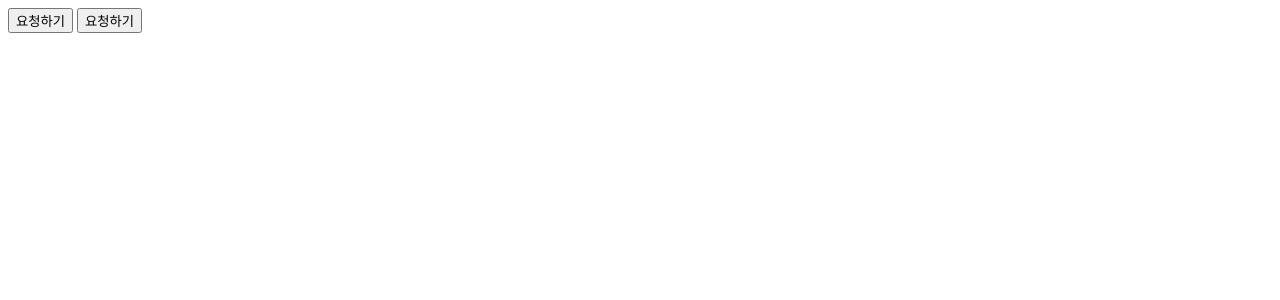
Repository: KYJIN1024/kic_jquery
Page: http://localhost/AjaxEx01/ajax05.jsp
These files come from the project's save history. The page is drawn as it stood at one moment and after the next save; the edit follows.
The browser window is 1280 px wide. The pictures show the whole page.
The page is served by Tomcat 9.

Above is the page before, as saved 2023-05-12 03:43:55.

### AjaxEx01/src/main/webapp/ajax05.jsp
<%@ page language="java" contentType="text/html; charset=UTF-8"
    pageEncoding="UTF-8"%>
<!DOCTYPE html>
<html>
<head>
<meta charset="UTF-8">
<title>Insert title here</title>
<script>
	window.onload = function() {
		document.getElementById( 'btn1' ).onclick = function() {
			//alert( '버튼 클릭' );


			const request = new XMLHttpRequest();
			request.open( 'get', 'csv1.jsp', true );
			request.send();

			console.log( request.responseText );


		};

		document.getElementById( 'btn2' ).onclick = function() {
			//alert( '버튼 클릭' );

			console.log( "1" );
			request.onreadystatechange = function() {
				console.log( request.readyState );
				if( request.readyState == 4 ) {
					if( request.status == 200 ){
						console.log("2");
						console.log( request.responseText );
					} else {
						alert( "페이지 오류 " );
					}
				}
			};
			request.open( 'get', 'csv1.jsp', true );
			request.send();

			console.log("3")
			//console.log( request.responseText );


		};
	};
</script>
</head>
<body>

<button id="btn1" >요청하기</button>
<button id="btn2" >요청하기</button>

</body>
</html>

After the next save:
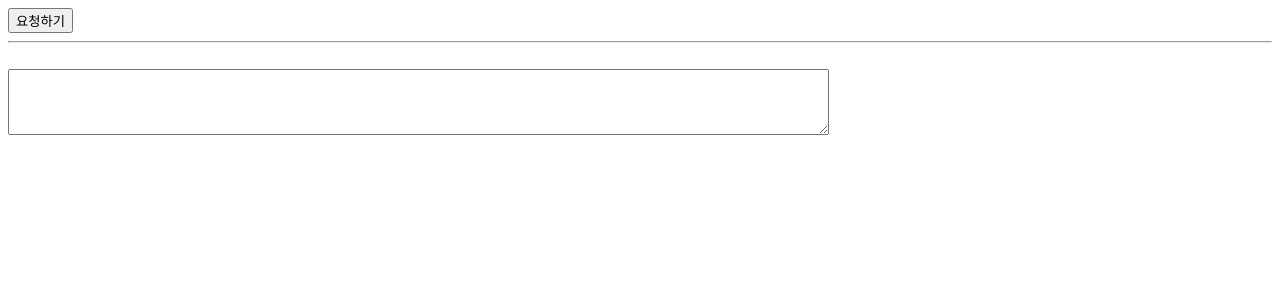
Console error: TypeError: Cannot set properties of null (setting 'onclick')
Saved 90 min 10 s later.
--- a/AjaxEx01/src/main/webapp/ajax05.jsp
+++ b/AjaxEx01/src/main/webapp/ajax05.jsp
@@ -48,8 +48,9 @@
 </head>
 <body>
 
-<button id="btn1" >요청하기</button>
-<button id="btn2" >요청하기</button>
+<button id="btn" >요청하기</button>
+<br /><hr /><br />
+<textarea id="ta" rows="4" cols="100" ></textarea>
 
 </body>
 </html>
